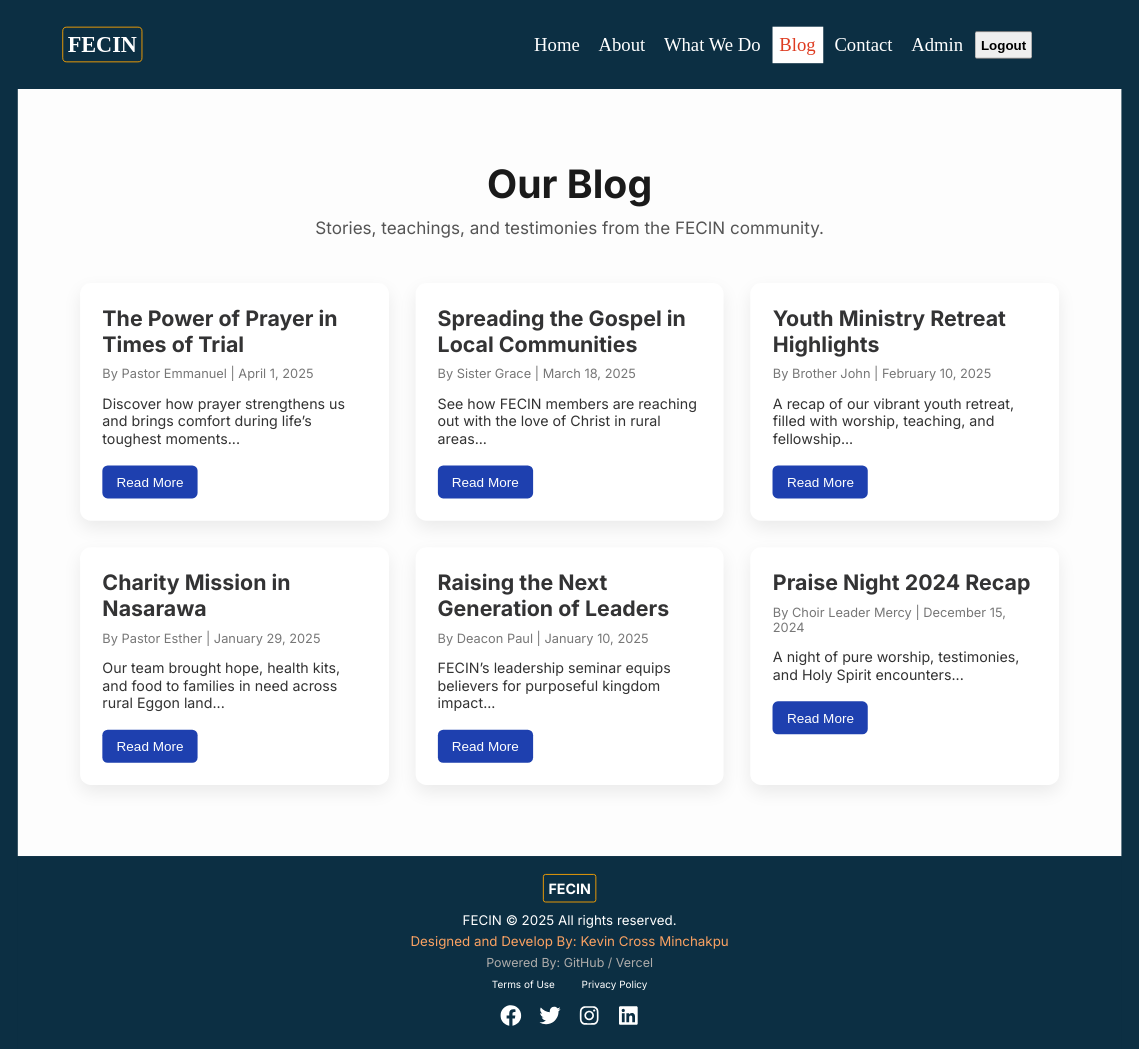
Repository: KCMinchakpu/fecin-projectgs497
Page: /blog
The author's editor kept a copy of each file at every save. The page is drawn from the files as they stood at one save, then again after the next save.
The browser window is 1280 px wide. The pictures show the whole page, at 89% of full size.
The project was rebuilt for these pictures with package versions that can differ from the ones it lists, and the page was loaded fresh each time. The framework's server and built-in components were replaced by stand-ins that run in the browser. Also part of the build but not shown: next.config.mjs.

Above is the page before, as saved 2025-04-05 17:25:23.

After the next save:
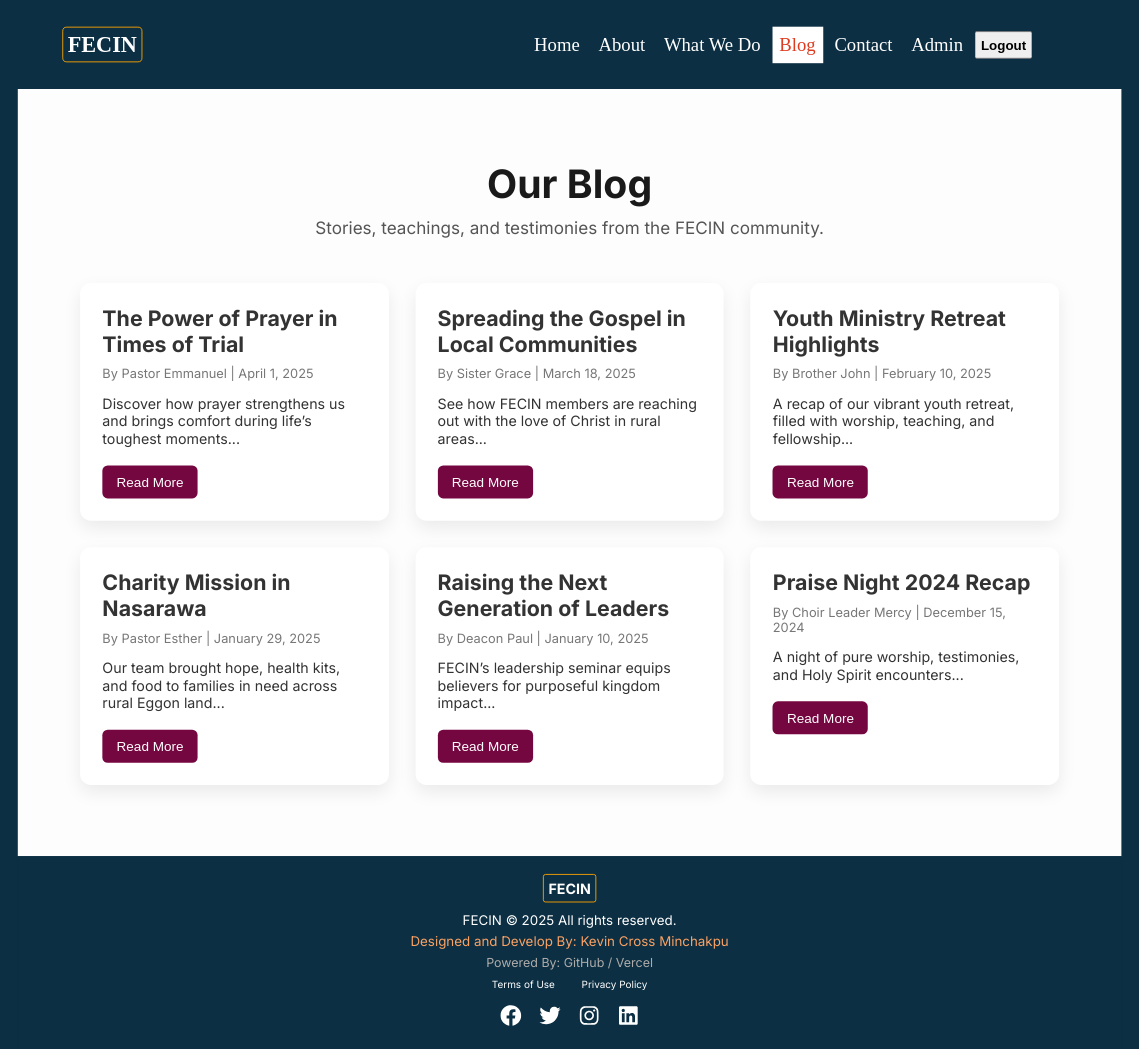
Saved 43 s later.
--- a/src/app/blog/blog.module.css
+++ b/src/app/blog/blog.module.css
@@ -61,7 +61,7 @@
 
   .readMore {
     padding: 10px 16px;
-    background-color: #1e40af;
+    background-color: #750740;
     color: #fff;
     border: none;
     border-radius: 6px;
